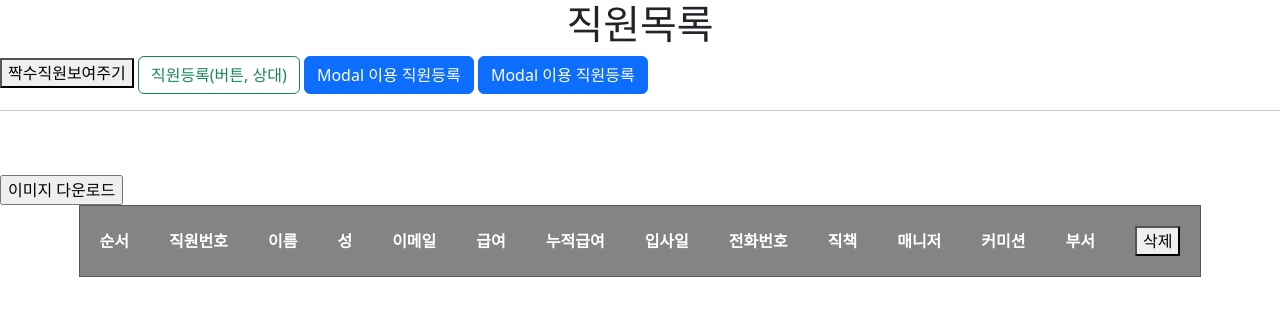
Repository: leessol/spring1
Page: http://localhost/springMVCProject/WEB-INF/views/emp/empSelect.jsp
An editor plug-in stored every save of this project. The page is shown before and after the next save, followed by the edit.
The browser window is 1280 px wide. The pictures show the whole page.
The page is served by Tomcat 9. Nobody is signed in. The template is opened directly, without the code that normally fills it, so the values that code supplies are empty.

Above is the page before, as saved 2023-05-08 03:25:05.

After the next save:
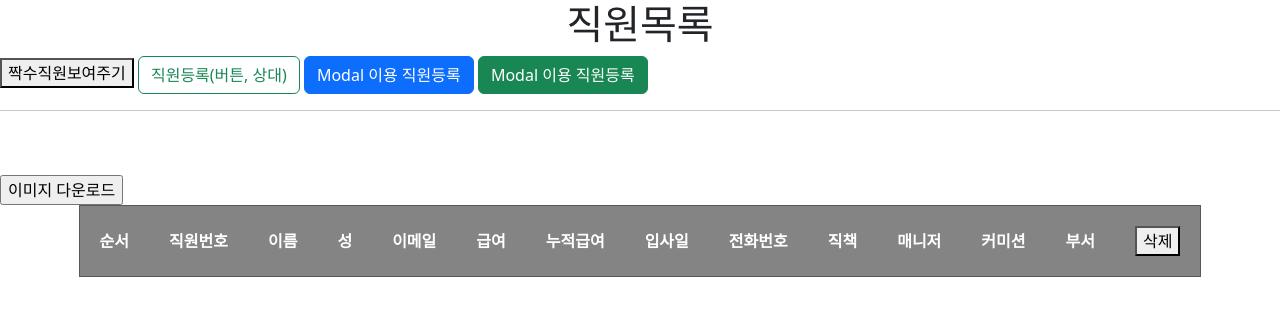
Saved 15 s later.
--- a/springMVCProject/src/main/webapp/WEB-INF/views/emp/empSelect.jsp
+++ b/springMVCProject/src/main/webapp/WEB-INF/views/emp/empSelect.jsp
@@ -110,7 +110,7 @@ tr th {
 		<button type="button" class="btn btn-primary" data-bs-toggle="modal"
 			data-bs-target="#exampleModal" data-bs-whatever="@mdo">Modal
 			이용 직원등록</button>
-		<button type="button" class="btn btn-primary" data-bs-toggle="modal"
+		<button type="button" class="btn btn-success" data-bs-toggle="modal"
 			data-bs-target="#exampleModal" data-bs-whatever="@mdo">Modal
 			이용 직원등록</button>
 
